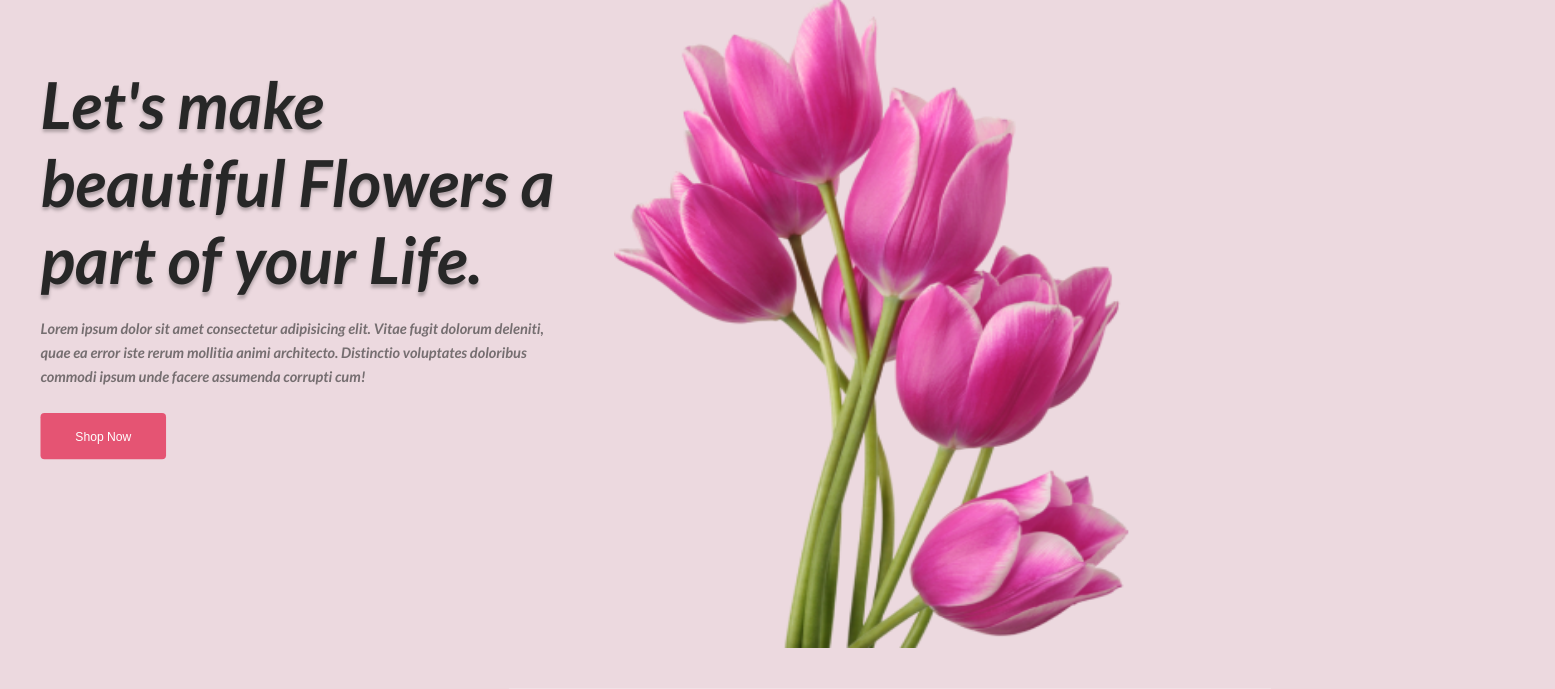
Repository: AnitaAkter/anita-flower-shop
Page: index.html
The author's editor kept a copy of each file at every save. The page is drawn from the files as they stood at one save, then again after the next save.
The browser window is 1280 px wide. The page is 1920 px wide, so the pictures cover 1920 px, including what lies to the right of the window. The pictures show the whole page, at 81% of full size.

Above is the page before, as saved 2023-09-04 20:57:12.

After the next save:
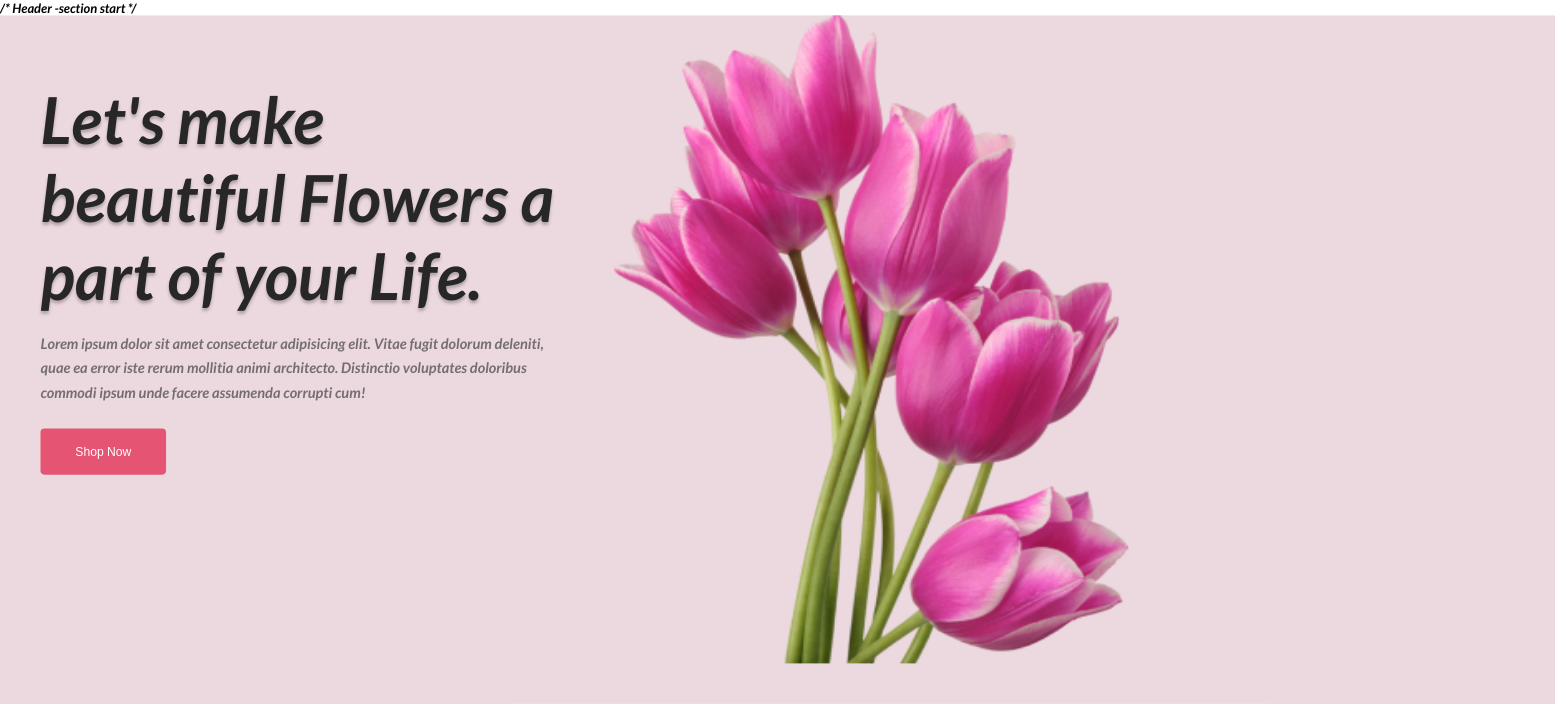
Saved 9 s later.
--- a/index.html
+++ b/index.html
@@ -14,6 +14,7 @@
 
 <body>
     <div>
+        /* Header -section start */
         <header>
             <div class="header-intro">
                 <h1>Let's make <br> beautiful Flowers a <br>part of your Life.</h1>
